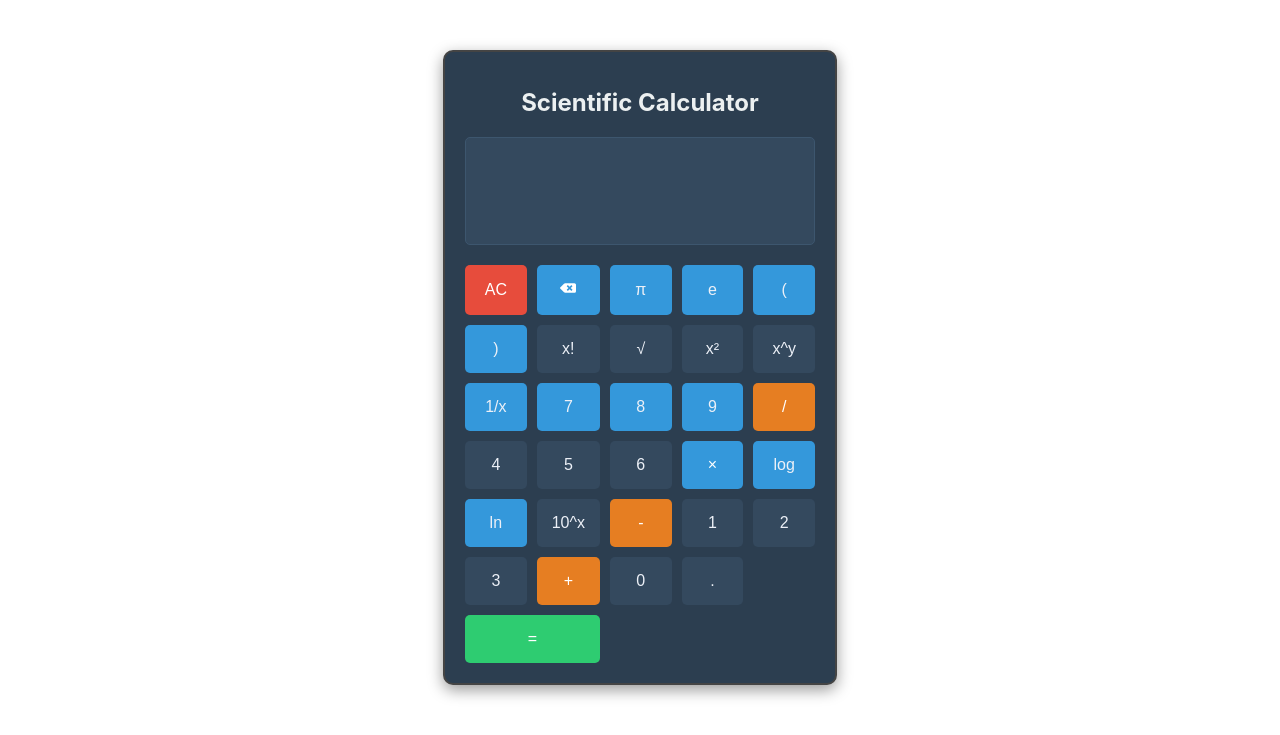
Repository: thesaherriaz/Calculator-React
Page: /
These files come from the project's save history. The page is drawn as it stood at one moment and after the next save; the edit follows.
The browser window is 1280 px wide. The pictures show the whole page.
The project was rebuilt for these pictures with package versions that can differ from the ones it lists, and the page was loaded fresh each time.

Above is the page before, as saved 2025-06-20 12:40:54.

### public/index.html
<!DOCTYPE html>
<html lang="en">
  <head>
    <meta charset="utf-8" />
    <link rel="icon" href="%PUBLIC_URL%/favicon.ico" />
    <meta name="viewport" content="width=device-width, initial-scale=1" />
    <meta name="theme-color" content="#000000" />
    <meta
      name="description"
      content="Web site created using create-react-app"
    />
    <link rel="apple-touch-icon" href="%PUBLIC_URL%/logo192.png" />
    <link rel="stylesheet" href="https://cdnjs.cloudflare.com/ajax/libs/font-awesome/6.0.0/css/all.min.css">
    <!--
      manifest.json provides metadata used when your web app is installed on a
      user's mobile device or desktop. See https://developers.google.com/web/fundamentals/web-app-manifest/
    -->
    <link rel="manifest" href="%PUBLIC_URL%/manifest.json" />
    <!--
      Notice the use of %PUBLIC_URL% in the tags above.
      It will be replaced with the URL of the `public` folder during the build.
      Only files inside the `public` folder can be referenced from the HTML.

      Unlike "/favicon.ico" or "favicon.ico", "%PUBLIC_URL%/favicon.ico" will
      work correctly both with client-side routing and a non-root public URL.
      Learn how to configure a non-root public URL by running `npm run build`.
    -->
    <title>React App</title>
  </head>
  <body>
    <noscript>You need to enable JavaScript to run this app.</noscript>
    <div id="root"></div>
    <!--
      This HTML file is a template.
      If you open it directly in the browser, you will see an empty page.

      You can add webfonts, meta tags, or analytics to this file.
      The build step will place the bundled scripts into the <body> tag.

      To begin the development, run `npm start` or `yarn start`.
      To create a production bundle, use `npm run build` or `yarn build`.
    -->
  </body>
</html>

### src/App.js
import React from 'react'
import Calculator from './compnents/Calculator'

function App() {
  return (
    <Calculator />
  )
}

export default App

### src/compnents/Calculator.jsx
import React, { useState } from 'react';
import './Calculator.css';
import { FaBackspace } from "react-icons/fa";

function Calculator() {
    const [input, setInput] = useState('');
    const [result, setResult] = useState('');

    const handleClick = (value) => {
        if (value === 'AC') {
            setInput('');
            setResult('');
        } else if (value === 'DEL') {
            setInput(prev => prev.slice(0, -1));
        } else if (value === '=') {
            calculateResult();
        } else if (value === '√') {
            setInput(prev => `Math.sqrt(${prev})`);
        } else if (value === 'x²') {
            setInput(prev => `Math.pow(${prev},2)`);
        } else if (value === 'x^y') {
            setInput(prev => `${prev}^`);
        } else if (value === '1/x') {
            setInput(prev => `1/(${prev})`);
        } else if (value === 'log') {
            setInput(prev => `Math.log10(${prev})`);
        } else if (value === 'ln') {
            setInput(prev => `Math.log(${prev})`);
        } else if (value === 'π') {
            setInput(prev => prev + 'Math.PI');
        } else if (value === 'e') {
            setInput(prev => prev + 'Math.E');
        } else if (value === '10^x') {
            setInput(prev => `Math.pow(10,${prev})`);
        } else if (value === 'x!') {
            setInput(prev => `factorial(${prev})`);
        } else {
            setInput(prev => prev + value);
        }
    };

    const factorial = (n) => {
        if (n < 0) return NaN;
        if (n <= 1) return 1;
        return n * factorial(n - 1);
    };

    const calculateResult = () => {
        try {
            // Replace ^ with ** for exponentiation
            let expression = input.replace(/\^/g, '**');
            // Evaluate the expression
            setResult(eval(expression).toString());
        } catch (error) {
            setResult('Error');
        }
    };

    return (
        <div className="calculator">
            <h1>Scientific Calculator</h1>
            <div className="display">
                <div className="input">{input}</div>
                <div className="result">{result}</div>
            </div>
            <div className="buttons">
                <button onClick={() => handleClick('AC')} className="clear">AC</button>
                <button onClick={() => handleClick('DEL')} className="delete"><FaBackspace /></button>
                <button onClick={() => handleClick('π')}>π</button>
                <button onClick={() => handleClick('e')}>e</button>
                <button onClick={() => handleClick('(')}>(</button>
                <button onClick={() => handleClick(')')}>)</button>

                <button onClick={() => handleClick('x!')}>x!</button>
                <button onClick={() => handleClick('√')}>√</button>
                <button onClick={() => handleClick('x²')}>x²</button>
                <button onClick={() => handleClick('x^y')}>x^y</button>
                <button onClick={() => handleClick('1/x')}>1/x</button>

                <button onClick={() => handleClick('7')}>7</button>
                <button onClick={() => handleClick('8')}>8</button>
                <button onClick={() => handleClick('9')}>9</button>
                <button className="operator" onClick={() => handleClick('/')}>/</button>

                <button onClick={() => handleClick('4')}>4</button>
                <button onClick={() => handleClick('5')}>5</button>
                <button onClick={() => handleClick('6')}>6</button>
                <button className="operator" onClick={() => handleClick('*')}>×</button>

                <button onClick={() => handleClick('log')}>log</button>
                <button onClick={() => handleClick('ln')}>ln</button>
                <button onClick={() => handleClick('10^x')}>10^x</button>
                <button className="operator" onClick={() => handleClick('-')}>-</button>

                <button onClick={() => handleClick('1')}>1</button>
                <button onClick={() => handleClick('2')}>2</button>
                <button onClick={() => handleClick('3')}>3</button>
                <button className="operator" onClick={() => handleClick('+')}>+</button>

                <button onClick={() => handleClick('0')}>0</button>
                <button onClick={() => handleClick('.')}>.</button>
                <button className="equals" onClick={() => handleClick('=')}>=</button>
            </div>
        </div>
    );
}

export default Calculator;

### src/compnents/Calculator.css
.calculator {
    width: 350px;
    margin: 50px auto;
    border: 2px solid #444;
    border-radius: 10px;
    padding: 20px;
    background-color: #2c3e50;
    box-shadow: 0 5px 15px rgba(0, 0, 0, 0.4);
    color: white;
}

.calculator h1 {
    text-align: center;
    color: #ecf0f1;
    margin-bottom: 20px;
    font-size: 1.5em;
}

.display {
    background-color: #34495e;
    border: 1px solid #3d566e;
    border-radius: 5px;
    padding: 15px;
    margin-bottom: 20px;
    text-align: right;
    min-height: 70px;
}

.input {
    font-size: 1.2em;
    color: #bdc3c7;
    min-height: 1.2em;
    margin-bottom: 10px;
    word-wrap: break-word;
}

.result {
    font-size: 1.8em;
    font-weight: bold;
    color: #ecf0f1;
    min-height: 1.5em;
    word-wrap: break-word;
}

.buttons {
    display: grid;
    grid-template-columns: repeat(5, 1fr);
    grid-gap: 10px;
}

button {
    padding: 15px;
    font-size: 1em;
    border: none;
    border-radius: 5px;
    background-color: #34495e;
    color: #ecf0f7;
    cursor: pointer;
    transition: all 0.2s;
}

button:hover {
    background-color: #3d566e;
}

button:active {
    transform: scale(0.95);
}

.operator {
    background-color: #e67e22;
    color: white;
}

.operator:hover {
    background-color: #d35400;
}

.clear {
    background-color: #e74c3c;
    color: white;
}

.clear:hover {
    background-color: #c0392b;
}

.delete {
    background-color: #7f8c8d;
    color: white;
}

.delete:hover {
    background-color: #95a5a6;
}

.equals {
    background-color: #2ecc71;
    color: white;
    grid-column: span 2;
}

.equals:hover {
    background-color: #27ae60;
}

Scientific buttons
button:nth-child(1),
button:nth-child(2),
button:nth-child(3),
button:nth-child(4),
button:nth-child(5),
button:nth-child(6),
button:nth-child(11),
button:nth-child(12),
button:nth-child(13),
button:nth-child(14),
button:nth-child(19),
button:nth-child(20),
button:nth-child(21) {
    background-color: #3498db;
}

button:nth-child(1):hover,
button:nth-child(2):hover,
button:nth-child(3):hover,
button:nth-child(4):hover,
button:nth-child(5):hover,
button:nth-child(6):hover,
button:nth-child(11):hover,
button:nth-child(12):hover,
button:nth-child(13):hover,
button:nth-child(14):hover,
button:nth-child(19):hover,
button:nth-child(20):hover,
button:nth-child(21):hover {
    background-color: #2980b9;
}

Loaded but not shown: src/index.js (common file); src/index.css (common file); src/reportWebVitals.js (common file)

After the next save:
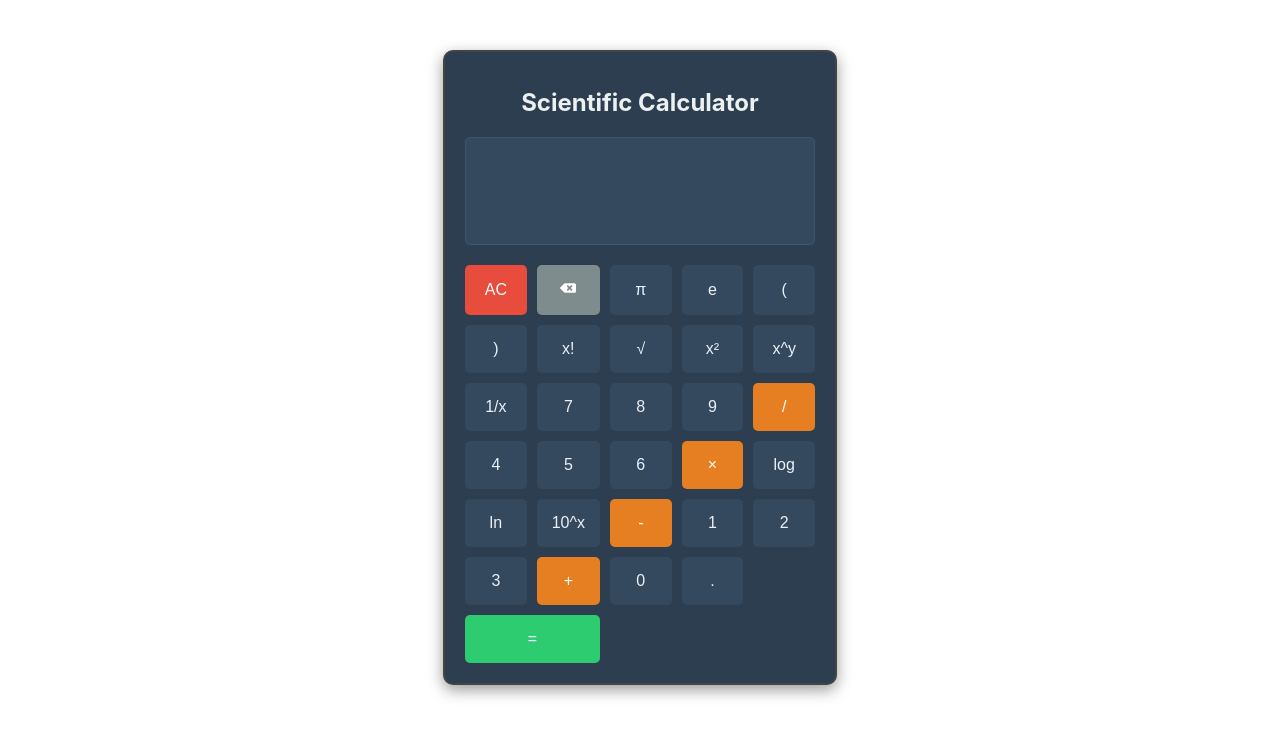
Saved 7 s later.
--- a/src/compnents/Calculator.css
+++ b/src/compnents/Calculator.css
@@ -104,7 +104,7 @@ button:active {
     background-color: #27ae60;
 }
 
-Scientific buttons
+/* Scientific buttons
 button:nth-child(1),
 button:nth-child(2),
 button:nth-child(3),
@@ -135,4 +135,4 @@ button:nth-child(19):hover,
 button:nth-child(20):hover,
 button:nth-child(21):hover {
     background-color: #2980b9;
-}
+} */
